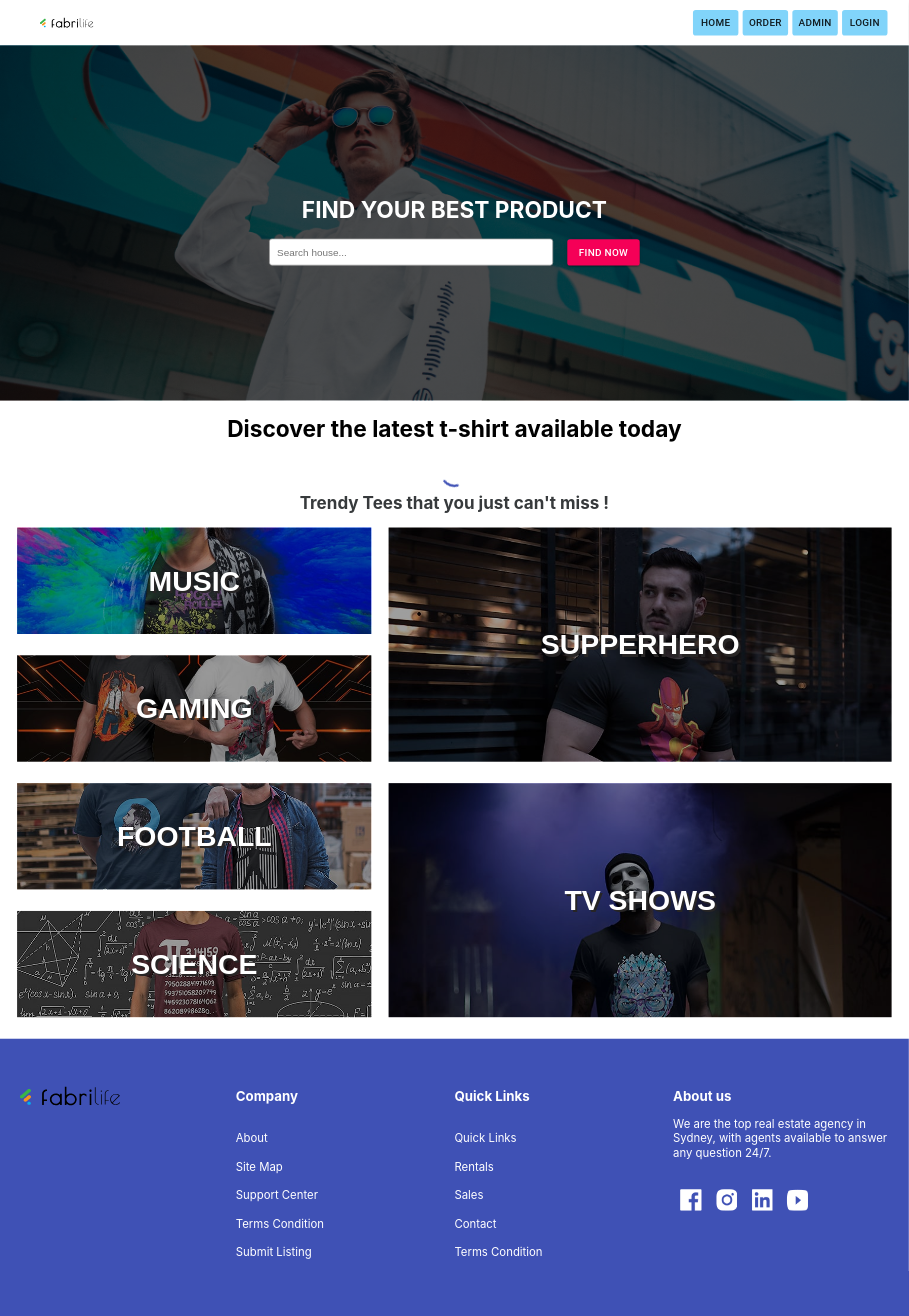
Repository: arif286/fabrilife-E-commerce-client-site
Page: /
An editor plug-in stored every save of this project. The page is shown before and after the next save, followed by the edit.
The browser window is 1280 px wide. The pictures show the whole page, at 71% of full size.
The page's requests for data from a server got no answer. The project was rebuilt for these pictures with package versions that can differ from the ones it lists, and the page was loaded fresh each time. No one was signed in, and anything a server would have sent is missing. Also part of the build but not shown: src/components/Admin/Admin.css, src/components/Admin/AddEvent/AddEvent.css, src/components/Admin/AddEvent/AddEvent.js, src/components/Admin/ProductManage/ProductManage.js, src/components/Admin/Sidebar/Sidebar.css, src/components/Admin/Sidebar/Sidebar.js, src/components/Admin/Admin.js, src/components/CheckOut/CheckOut.css and 10 more.

Above is the page before, as saved 2021-04-01 19:24:51.

### src/App.js
import React, { createContext, useState } from "react";
import { BrowserRouter as Router, Route, Switch } from "react-router-dom";
import Admin from "./components/Admin/Admin";
import CheckOut from "./components/CheckOut/CheckOut";
import Header from "./components/Header/Header";
import Home from "./components/Home/Home";
import Login from "./components/Login/Login";
import NoMatch from "./components/NoMatch/NoMatch";
import Order from "./components/Order/Order";
import PrivateRoute from "./components/PrivateRoute/PrivateRoute";

export const UserContext = createContext()

function App() {
  const [loggedInUser, setLoggedInUser] = useState({});
  return (
    <UserContext.Provider value={[loggedInUser, setLoggedInUser]}>
      <Router>
        <Header />
        <Switch>
          <Route path="/home">
            <Home />
          </Route>
          <PrivateRoute path="/admin">
            <Admin/>
          </PrivateRoute>
          <PrivateRoute path="/productDetails/:id">
            <CheckOut />
          </PrivateRoute>
          <PrivateRoute path='/order'>
            <Order/>
          </PrivateRoute>
          <Route path="/login">
            <Login />
          </Route>
          <Route exact path="/">
            <Home />
          </Route>
          <Route path="*">
            <NoMatch />
          </Route>
        </Switch>
      </Router>
    </UserContext.Provider>
  );
}

export default App;

### src/components/Header/Header.js
import AppBar from "@material-ui/core/AppBar";
import Button from "@material-ui/core/Button";
import { createMuiTheme, makeStyles } from "@material-ui/core/styles";
import Toolbar from "@material-ui/core/Toolbar";
import Typography from "@material-ui/core/Typography";
import React from "react";
import { NavLink } from "react-router-dom";
import logo from "../../tshirt-shop/logos/fabrilife.svg";
import "./Header.css";



const theme = createMuiTheme({
  palette: {
    primary: {
      light: "#757ce8",
      main: "#3f50b5",
      dark: "#002884",
      contrastText: "#fff",
    },
    secondary: {
      main: "#4fc3f7",
    },
  },
});
const useStyles = makeStyles((theme) => ({
  root: {
    flexGrow: 1,
  },
  menuButton: {
    marginRight: theme.spacing(2),
  },
  title: {
    flexGrow: 1,
  },
  navbar: {
    backgroundColor: "white",
  },
  button: {
    backgroundColor: "#81d4fa",
    marginRight: '6px'
  },
}));

const Header = () => {
  const classes = useStyles();

  return (
    <div className={classes.root}>
      <AppBar className={classes.navbar} position="static">
        <Toolbar>
          <img
            style={{ width: "80px", marginLeft: "30px" }}
            src={logo}
            alt=""
          />
          <Typography variant="h6" className={classes.title}></Typography>
          <NavLink className="header-link" to="/home">
            <Button className={classes.button}>Home</Button>
          </NavLink>
          <NavLink className="header-link" to="/order">
            <Button className={classes.button}>Order</Button>
          </NavLink>
          <NavLink className="header-link" to="/admin">
            <Button className={classes.button}>Admin</Button>
          </NavLink>
          <NavLink className="header-link" to="/login">
            <Button className={classes.button}>Login</Button>
          </NavLink>
        </Toolbar>
      </AppBar>
    </div>
  );
};

export default Header;

### src/components/Home/Home.js
import React from 'react';
import Footer from '../Footer/Footer';
import LatestProduct from '../LatestProduct/LatestProduct';
import SearchBar from '../SearchBar/SearchBar';
import Shop from '../Shop/Shop';

const Home = () => {
    return (
        <>
            <SearchBar/>
            <Shop />
            <LatestProduct />
            <Footer/>
        </>
    );
};

export default Home;

### src/components/Header/Header.css
.header-link {
  text-decoration: none;
  color: white;
}

### src/components/Footer/Footer.js
import { Container, Grid } from "@material-ui/core";
import React from "react";
import { NavLink } from "react-router-dom";
import Logo from "../../tshirt-shop/logos/fabrilife.svg";
import Instagram from "../../tshirt-shop/logos/Vector-1.png";
import Linkedin from "../../tshirt-shop/logos/Vector-2.png";
import YouTube from "../../tshirt-shop/logos/Vector-3.png";
import Facebook from "../../tshirt-shop/logos/Vector.png";
import "./Footer.css";

const Footer = () => {
  const company = [
    { title: "About", id: 1 },
    { title: "Site Map", id: 2 },
    { title: "Support Center", id: 3 },
    { title: "Terms Condition", id: 4 },
    { title: "Submit Listing", id: 5 },
  ];
  const links = [
    { title: "Quick Links", id: 1 },
    { title: "Rentals", id: 2 },
    { title: "Sales", id: 3 },
    { title: "Contact", id: 4 },
    { title: "Terms Condition", id: 5 },
  ];
  return (
    <footer>
      <Container>
        <Grid container>
          <Grid item xs={12} sm={6} md={3}>
            <p>
              <img className="footer-logo" src={Logo} alt="" />
            </p>
          </Grid>
          <Grid item xs={12} sm={6} md={3}>
            <h3 style={{ color: "white" }}>Company</h3>
            {company.map((name) => (
              <div key={name.id}>
                <ul className="footer-link">
                  <li>
                    <NavLink to="/" className="company-list">
                      {name.title}
                    </NavLink>
                  </li>
                </ul>
              </div>
            ))}
          </Grid>
          <Grid item xs={12} sm={6} md={3}>
            <h3 style={{ color: "white" }}>Quick Links</h3>
            {links.map((name) => (
              <div key={name.id}>
                <ul className="footer-link">
                  <li>
                    <NavLink to="/" className="company-list">
                      {name.title}
                    </NavLink>
                  </li>
                </ul>
              </div>
            ))}
          </Grid>
          <Grid item xs={12} sm={6} md={3}>
            <h3 style={{ color: "white" }}>About us</h3>
            <div>
              <p style={{ color: "white" }}>
                We are the top real estate agency in Sydney, with agents
                available to answer any question 24/7.
              </p>
              <div className="social-link">
                <p>
                  <a href="/">
                    <img className="social-img" src={Facebook} alt="" />
                  </a>
                </p>
                <p className="social-link">
                  <a href="/">
                    <img className="social-img" src={Instagram} alt="" />
                  </a>
                </p>
                <p>
                  <a href="/">
                    <img className="social-img" src={Linkedin} alt="" />
                  </a>
                </p>
                <p>
                  <a href="/">
                    <img className="social-img" src={YouTube} alt="" />
                  </a>
                </p>
              </div>
            </div>
          </Grid>
        </Grid>
      </Container>
    </footer>
  );
};

export default Footer;

### src/components/LatestProduct/LatestProduct.js
import { Container, Grid } from '@material-ui/core';
import React from 'react';
import { NavLink } from 'react-router-dom';
import './LatestProduct.css';

const LatestProduct = () => {
    return (
      <Container>
        <h2 style={{ textAlign: "center", color: "#373a3c", marginTop:'40px'}}>
          Trendy Tees that you just can't miss !
        </h2>
        <Grid container spacing={3}>
          <Grid item md={5} sm={12}>
            <div className="music latest-product">
              <NavLink className="img-link" to="/">
                <div className="image-title">
                  <h1>music</h1>
                </div>
              </NavLink>
            </div>
            <div className="gaming latest-product">
              <NavLink className="img-link" to="/">
                <div className="image-title">
                  <h1>gaming</h1>
                </div>
              </NavLink>
            </div>
            <div className="football latest-product">
              <NavLink className="img-link" to="/">
                <div className="image-title">
                  <h1>football</h1>
                </div>
              </NavLink>
            </div>
            <div className="science latest-product">
              <NavLink className="img-link" to="/">
                <div className="image-title">
                  <h1>science</h1>
                </div>
              </NavLink>
            </div>
          </Grid>
          <Grid item sm={12} md={7}>
            <div className="supperHero latest-product">
              <NavLink className="img-link" to="/">
                <div className="image-title">
                  <h1>supperHero</h1>
                </div>
              </NavLink>
            </div>
            <div className="shows latest-product">
              <NavLink className="img-link" to="/">
                <div className="image-title">
                  <h1>Tv shows</h1>
                </div>
              </NavLink>
            </div>
          </Grid>
        </Grid>
      </Container>
    );
};

export default LatestProduct;

### src/components/SearchBar/SearchBar.js
import { Button } from "@material-ui/core";
import React from "react";
import "./SearchBar.css";

const SearchBar = () => {
  return (
    <div className="bgImage">
      <div className="search-bar">
        <h1>Find your best product</h1>
        <div className="search-bar">
          <input placeholder="Search house..." type="text" />
          <Button color="secondary" variant="contained">
            Find Now
          </Button>
        </div>
      </div>
    </div>
  );
};

export default SearchBar;

### src/components/Shop/Shop.js
import { Container, Grid } from "@material-ui/core";
import CircularProgress from "@material-ui/core/CircularProgress";
import axios from "axios";
import React, { useEffect, useState } from "react";
import ShopCard from "./ShopCard/ShopCard";

const Shop = () => {
     const [event, setEvent] = useState([]);

     useEffect(() => {
       axios
         .get("https://lychee-custard-24286.herokuapp.com/event")
         .then((res) => setEvent(res.data))
         .catch((error) => console.log(error));
     }, []);

    return (
      <div>
        <Container>
          <Grid container direction="column" alignItems="center">
            <h1> Discover the latest t-shirt available today</h1>
            {event.length === 0 && <CircularProgress />}
          </Grid>
          <Grid container spacing={4}>
            {event.map((product, index) => (
              <Grid item xs={12} sm={6} md={4}>
                <ShopCard product={product} key={index} />
              </Grid>
            ))}
          </Grid>
        </Container>
      </div>
    );
};

export default Shop;

### src/components/Footer/Footer.css
footer {
  background-color: #3f51b5;
  padding-top: 50px;
  padding-bottom: 80px;
}
.footer-logo {
  width: 150px;
}
.footer-link {
  list-style: none;
  display: inline;
}
.company-list {
  text-decoration: none;
  color: white;
}
.company-list:hover {
  color: hotpink;
}
.social-link {
  display: flex;
}

.social-img {
  width: 30px;
  height: 30px;
}

.social-link p {
  padding: 10px;
  display: inline;
}

.social-link p a img:hover {
  background-color: aqua;
}

### src/components/LatestProduct/LatestProduct.css
.music {
  background-image: url("../../tshirt-shop/images/music-min.jpg");
  height: 150px;
}
.latest-product {
  background-repeat: no-repeat;
  background-size: cover;
  position: relative;
  overflow: hidden;
  margin-bottom: 30px;
}
.gaming {
  background-image: url("../../tshirt-shop//images/gaming-min.jpg");
  height: 150px;
}
.football {
  background-image: url("../../tshirt-shop/images/football-min.jpg");
  height: 150px;
}
.science {
  background-image: url("../../tshirt-shop/images/science-min.jpg");
  height: 150px;
}
.supperHero {
  background-image: url("../../tshirt-shop/images/superhero-min.jpg");

  height: 330px;
}
.shows {
  background-image: url("../../tshirt-shop/images/tv-min.jpg");
  height: 330px;
}

.img-link {
  top: 0;
  left: 0;
  display: block;
  overflow: hidden;
  height: 100%;
  width: 100%;
  position: absolute;
  background: #00000061;
}
.image-title {
  position: absolute;
  top: 50%;
  width: 100%;
  text-align: center;
  transform: translateY(-50%);
}
.image-title h1 {
  padding: 10px;
  color: white;
  font-size: 2.5rem;
  text-transform: uppercase;
  font-family: "Fjalla One", sans-serif;
  text-shadow: 3px 3px #272525;
}

### src/components/SearchBar/SearchBar.css
.bgImage {
  background-image: linear-gradient(#000000b3, #000000b3),
    url("../../tshirt-shop/images/websiteheader2.png") !important;
  background-repeat: no-repeat;
  background-size: cover;
  min-height: 500px;
  width: 100%;
  display: flex;
  justify-content: center;
  align-items: center;
}
.search-bar h1 {
  color: white;
  text-transform: uppercase;
}
.search-bar input {
  min-width: 400px;
  display: inline-block;
  box-sizing: border-box;
  padding: 10px;
  border-radius: 4px;
  font-size: 14px;
  border: 1px solid #999999;
  outline: none;
  margin-right: 20px;
}
.search-bar {
  text-align: center;
}

Loaded but not shown: public/index.html (common file); src/index.js (common file); src/index.css (common file); src/reportWebVitals.js (common file); src/components/Shop/ShopCard/ShopCard.css (no stored copy; drawn as an empty file)

After the next save:
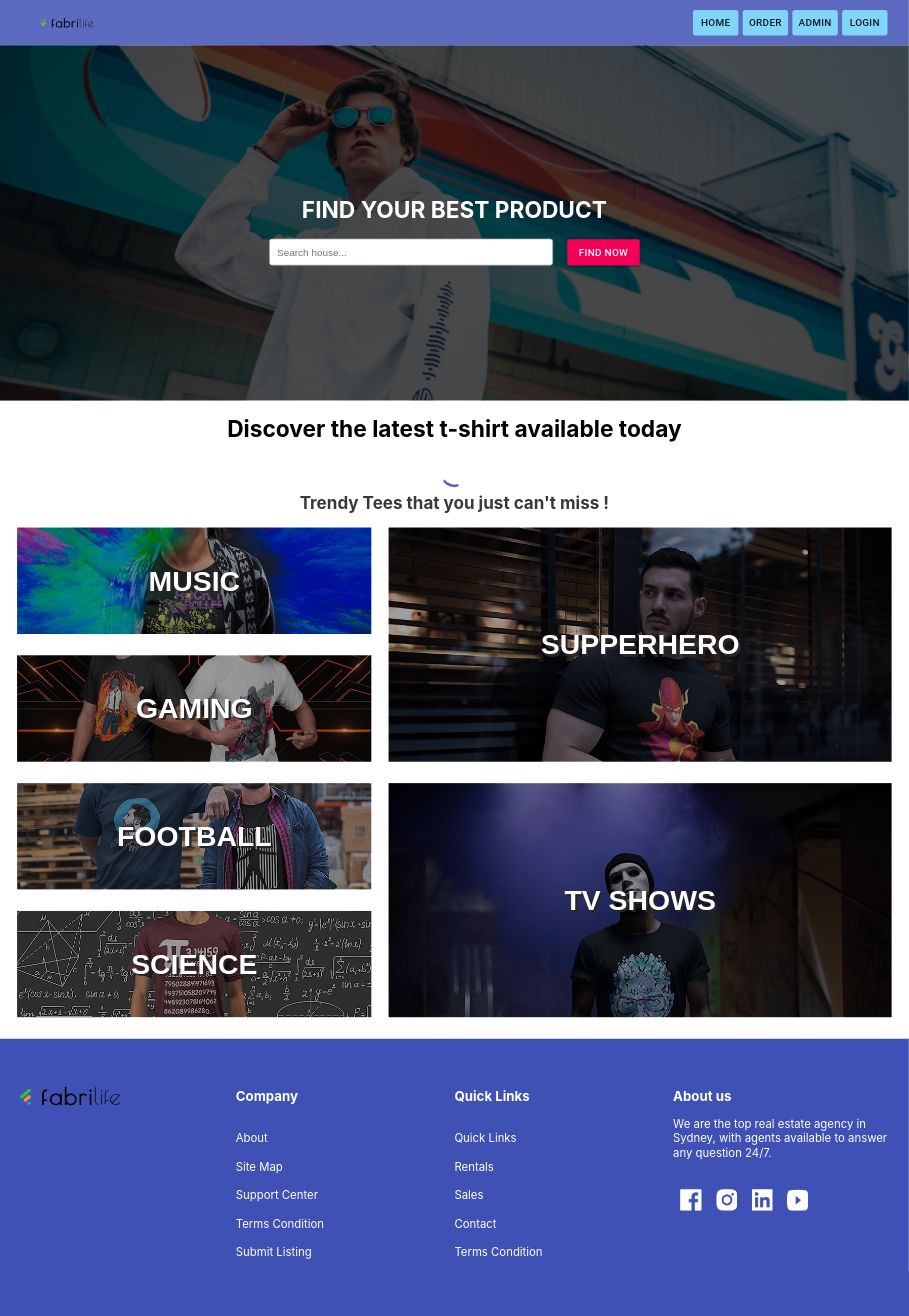
Saved 20 s later.
--- a/src/components/Header/Header.js
+++ b/src/components/Header/Header.js
@@ -34,11 +34,11 @@
     flexGrow: 1,
   },
   navbar: {
-    backgroundColor: "white",
+    backgroundColor: "#5c6bc0",
   },
   button: {
     backgroundColor: "#81d4fa",
-    marginRight: '6px'
+    marginRight: "6px",
   },
 }));
 
